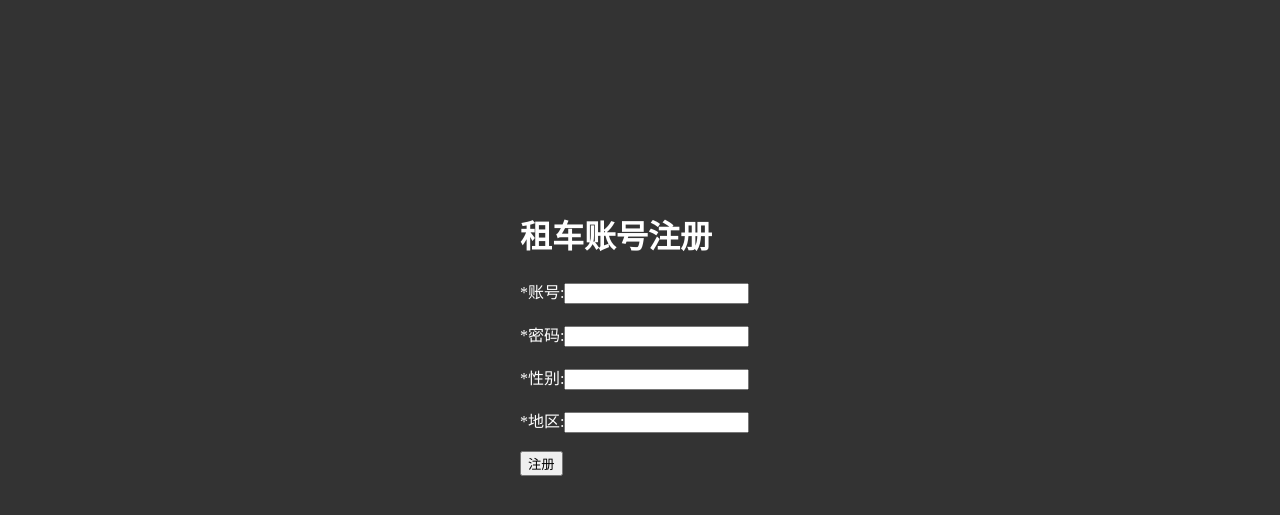
Repository: JasonYan2015/FE-learning-examples
Page: http://localhost/test20160729/register.jsp
An editor plug-in stored every save of this project. The page is shown before and after the next save, followed by the edit.
The browser window is 1280 px wide. The pictures show the whole page.
The page is served by Tomcat 9. Other server files are loaded and not shown.

Above is the page before, as saved 2016-07-29 03:47:10.

### eclipse/test20160729/WebContent/register.jsp
<%@ page language="java" contentType="text/html; charset=UTF-8"
    pageEncoding="UTF-8"%>
<!DOCTYPE html PUBLIC "-//W3C//DTD HTML 4.01 Transitional//EN" "http://www.w3.org/TR/html4/loose.dtd">
<html>
<head>
<meta http-equiv="Content-Type" content="text/html; charset=UTF-8">
<title>租车管理系统</title>
	<style>
		body
		{
			position: absolute;
			left: 50%;
			top: 50%;
			margin-left: -120px;
			margin-top: -170px;
 			background-color:#333;
 			font-family: "微软雅黑";
 			color: white;
		}
	</style>
</head>
<body>
	<h1>租车账号注册</h1>
	<form action="users" method="post">
		*账号:<input type="text" name="id"><br><br>
		*密码:<input type="text" name="pw"><br><br>
		*性别:<input type="text" name="sex"><br><br>
		*地区:<input type="text" name="pv"><br><br>
		<input type="submit" value="注册">
	</form>
</body>
</html>

After the next save:
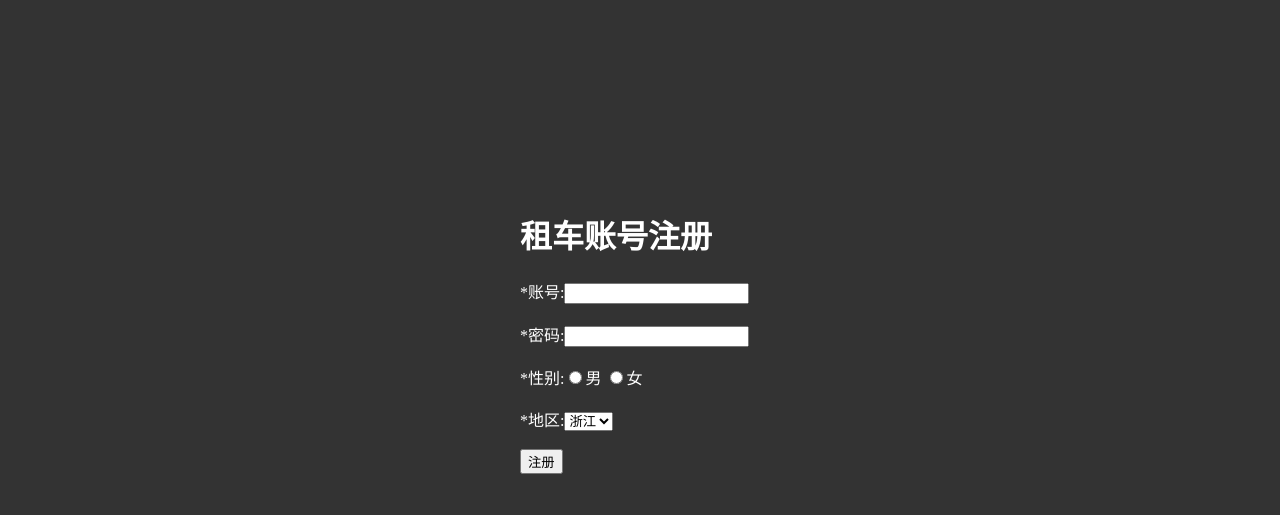
Saved 3 min 20 s later.
--- a/eclipse/test20160729/WebContent/register.jsp
+++ b/eclipse/test20160729/WebContent/register.jsp
@@ -21,11 +21,16 @@
 </head>
 <body>
 	<h1>租车账号注册</h1>
-	<form action="users" method="post">
+	<form action="registerAct" method="post">
 		*账号:<input type="text" name="id"><br><br>
 		*密码:<input type="text" name="pw"><br><br>
-		*性别:<input type="text" name="sex"><br><br>
-		*地区:<input type="text" name="pv"><br><br>
+		*性别:<input type="radio" id="male" name="sex"><label for="male">男</label>
+			<input type="radio" id="female" name="sex"><label for="female">女</label><br><br>
+		*地区:<select>
+			<option>浙江</option>
+			<option>江苏</option>
+			<option>上海</option>
+		</select><br><br>
 		<input type="submit" value="注册">
 	</form>
 </body>
